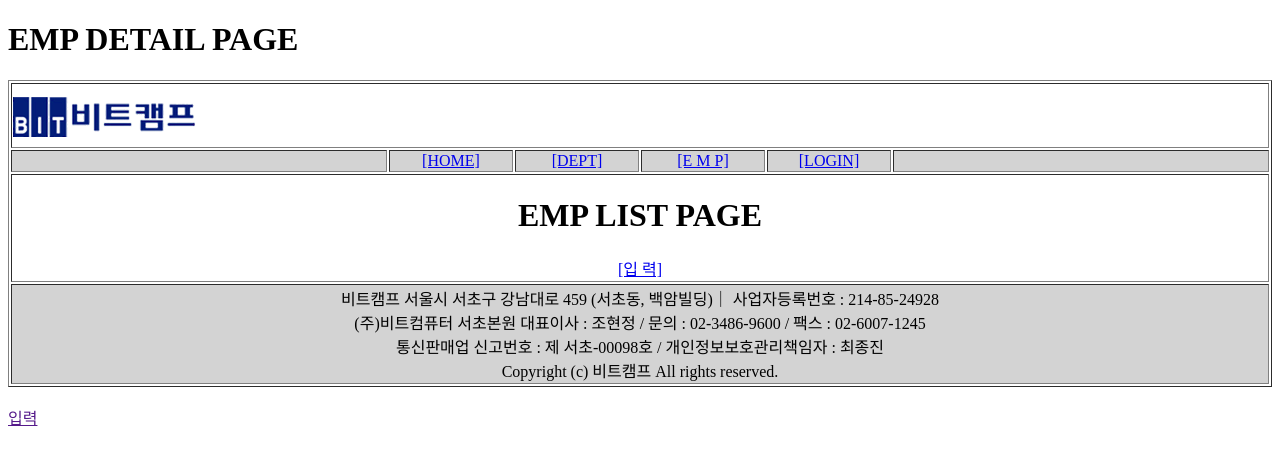
Repository: Deepsky110/LectureNotes
Page: http://localhost/web03/emp/edit.jsp
These files come from the project's save history. The page is drawn as it stood at one moment and after the next save; the edit follows.
The browser window is 1280 px wide. The pictures show the whole page.
The page is served by Tomcat 9. Queries for data that is not in the repository find no rows.

Above is the page before, as saved 2020-07-01 07:51:58.

After the next save:
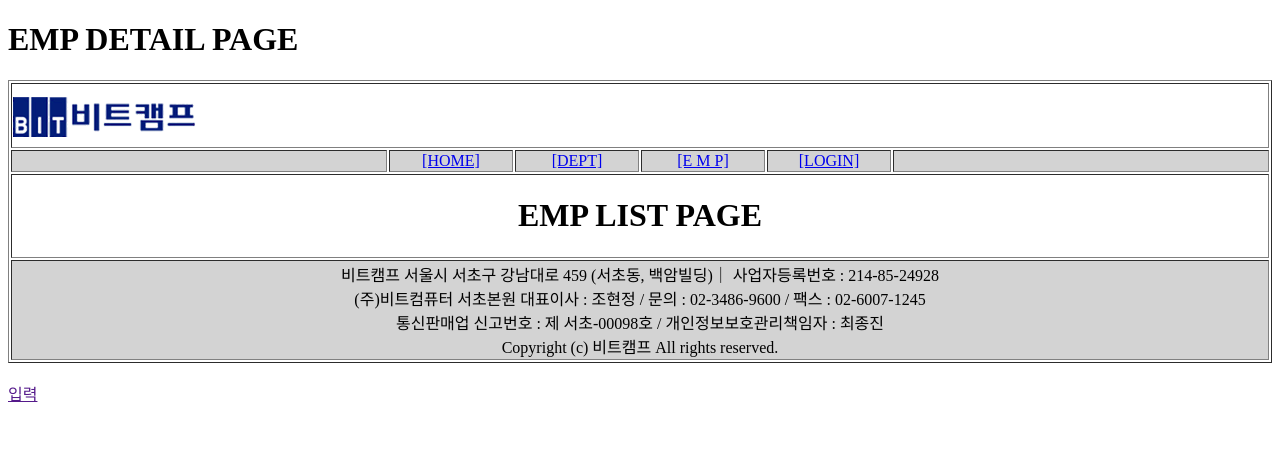
Saved 8 s later.
--- a/web03/WebContent/emp/edit.jsp
+++ b/web03/WebContent/emp/edit.jsp
@@ -108,7 +108,6 @@
          }
          %>
          </table>
-         <a href="add.jsp">[입 력]</a>
          </center>
          <!-- content end -->
          </td>

After the save that followed:
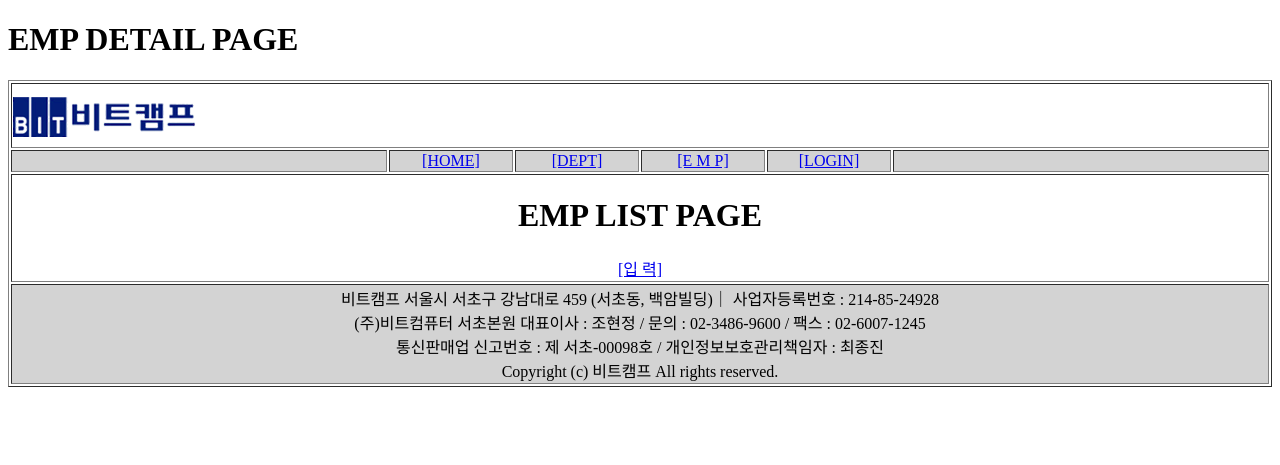
Saved 11 s later.
--- a/web03/WebContent/emp/edit.jsp
+++ b/web03/WebContent/emp/edit.jsp
@@ -108,6 +108,7 @@
          }
          %>
          </table>
+         <a href="add.jsp">[입 력]</a>
          </center>
          <!-- content end -->
          </td>
@@ -127,7 +128,6 @@
 
 
    <br>
-   <a href="">입력</a>
 
 
 </body>
